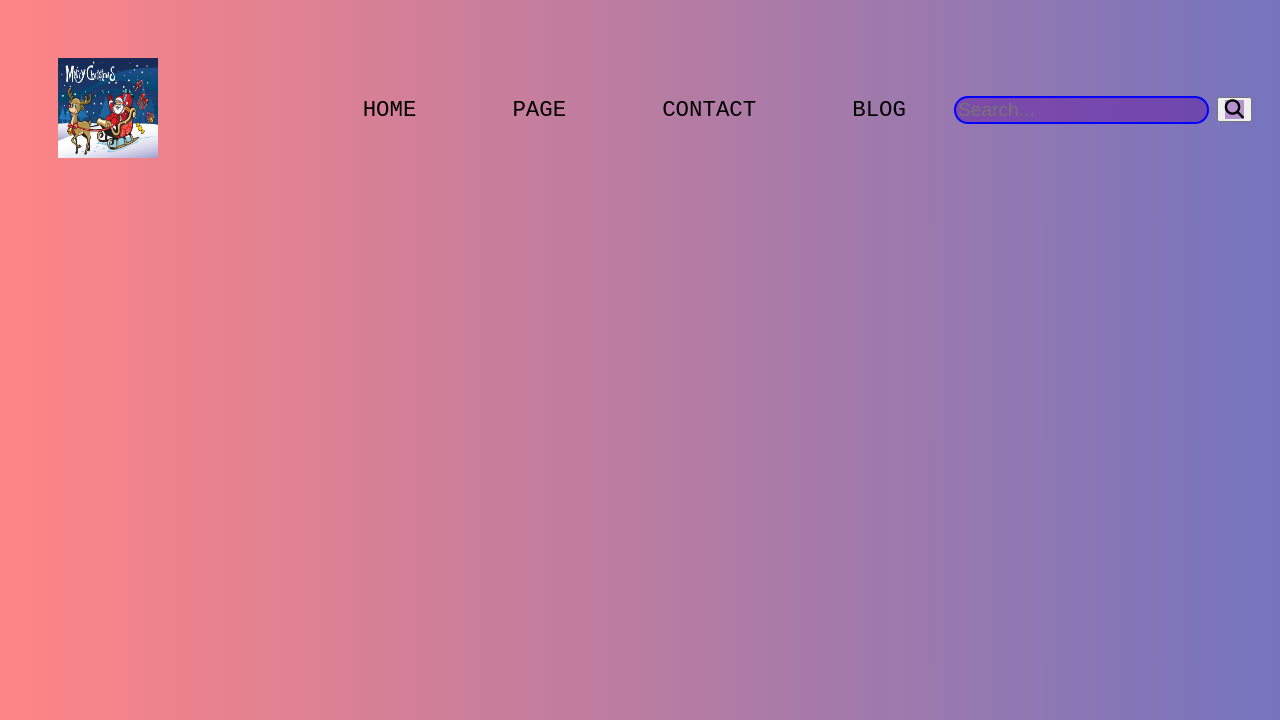
Repository: 16-Doffy/FE-UI
Page: menu/index.html
The author's editor kept a copy of each file at every save. The page is drawn from the files as they stood at one save, then again after the next save.
The browser window is 1280 px wide. The pictures show the whole page.

Above is the page before, as saved 2024-12-23 18:20:02.

After the next save:
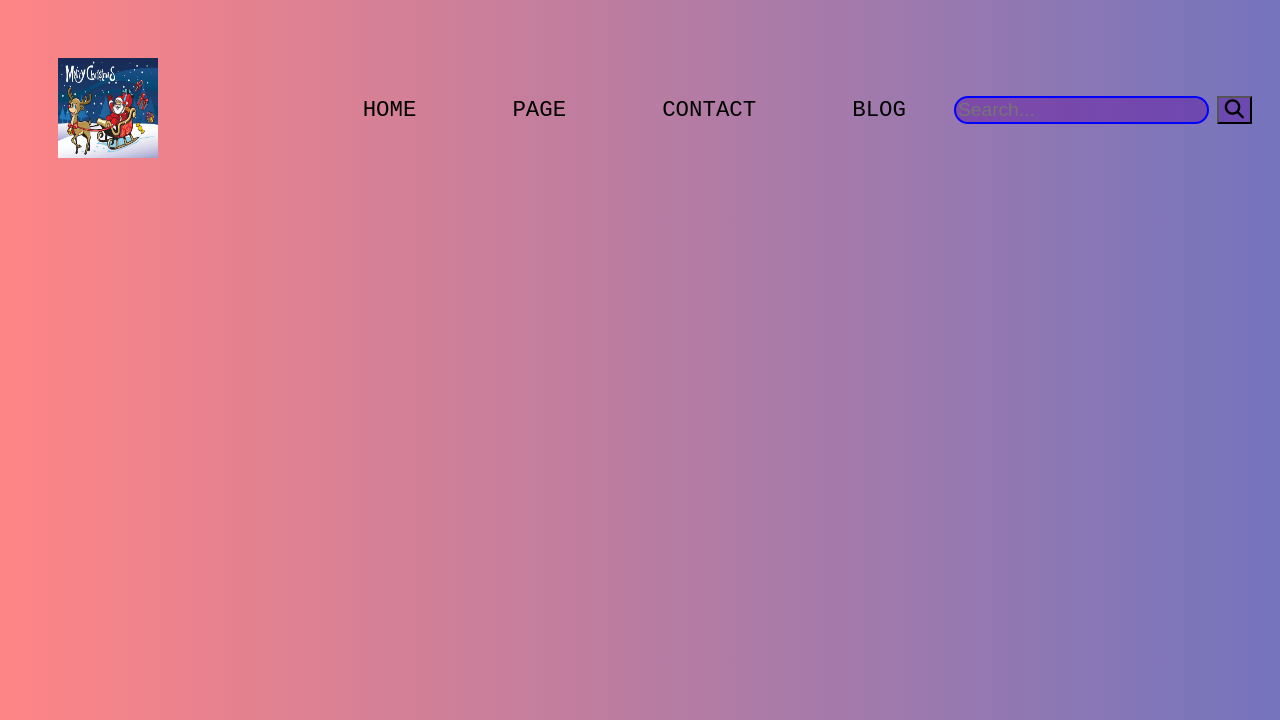
Saved 68 s later.
--- a/menu/index.html
+++ b/menu/index.html
@@ -64,7 +64,7 @@
                 <li class="menu-item"><a href="" class="menu-link">blog</a></li>
                 <div class="search-bar" >
                     <input type="text" placeholder="Search..." style="font-size: 1.2rem; border-radius: 20px; border: 2px solid blue; background: rgba(88, 2, 158, 0.39); color: rgb(253, 248, 248);">
-                    <button class="search-btn"><i class="fas fa-search"; style="font-size: 1.2rem;  background-color: rgba(88, 2, 158, 0.39);"></i></button>
+                    <button class="search-btn" style="font-size: 1.2rem;  background-color: rgba(88, 2, 158, 0.39);"><i class="fas fa-search"; ></i></button>
                 </div>
             </ul>
         </div>
